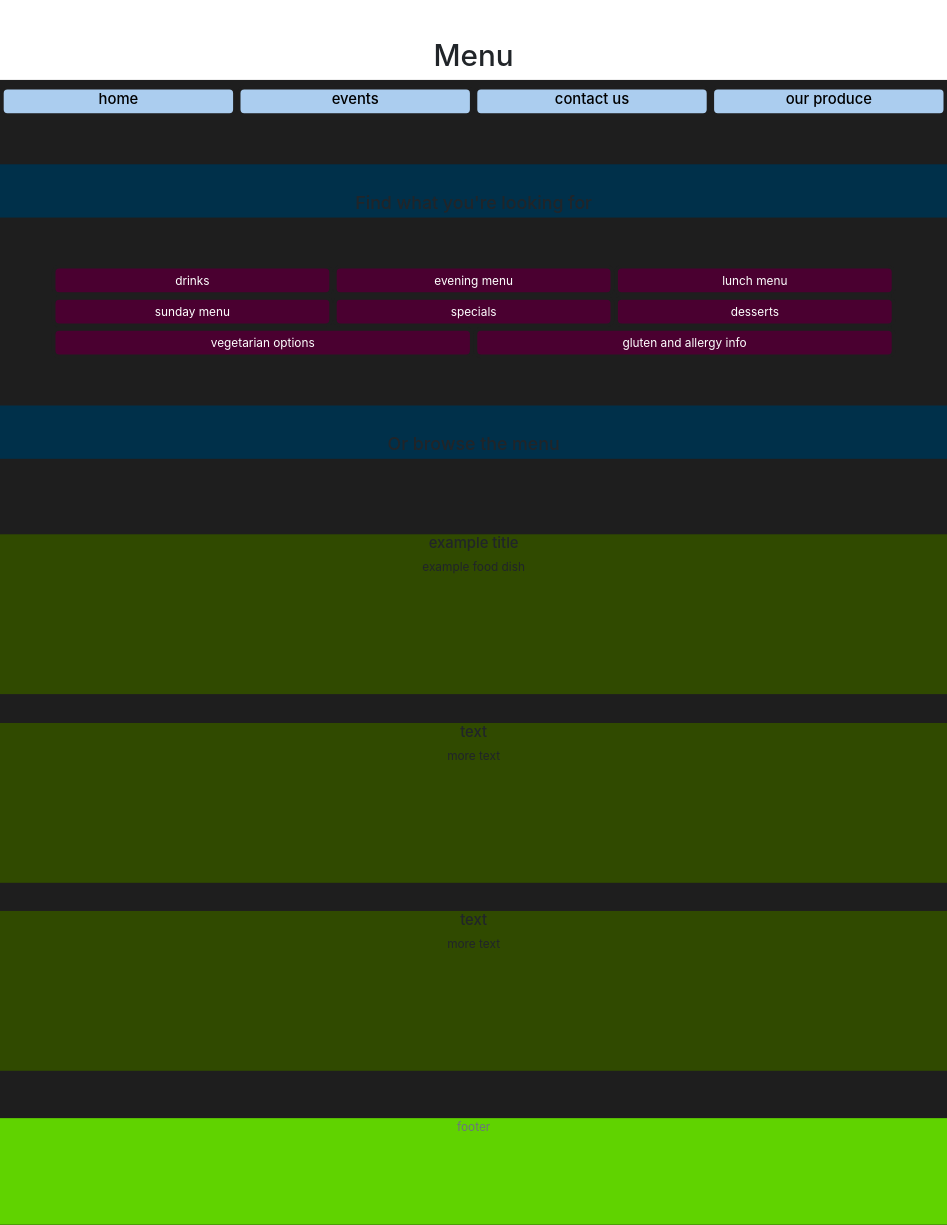
Repository: Code-Institute-Submissions/JamesLStudent-Milestone_One
Page: Assets/Menu.html
The author's editor kept a record of every edit. The page is drawn from the files as they stood at one moment, then again after the next edit.
The browser window is 1280 px wide. The pictures show the whole page, at 74% of full size.

Above is the page before.
Console error: TypeError: Cannot read properties of undefined (reading 'fn')

### Assets/Menu.html
<!DOCTYPE html>
<html lang="en">

<head>
    <meta charset="UTF-8">
    <meta name="viewport" content="width=device-width, initial-scale=1.0">
    <meta http-equiv="X-UA-Compatible" content="ie=edge">
    <title>Welcome to (whatever)</title>
    <link href="main.css" rel="stylesheet" type="text/css" />
    <link rel="stylesheet" href="https://stackpath.bootstrapcdn.com/bootstrap/4.3.1/css/bootstrap.min.css" integrity="sha384-ggOyR0iXCbMQv3Xipma34MD+dH/1fQ784/j6cY/iJTQUOhcWr7x9JvoRxT2MZw1T" crossorigin="anonymous">
    <script src="https://stackpath.bootstrapcdn.com/bootstrap/4.3.1/js/bootstrap.min.js" integrity="sha384-JjSmVgyd0p3pXB1rRibZUAYoIIy6OrQ6VrjIEaFf/nJGzIxFDsf4x0xIM+B07jRM" crossorigin="anonymous"></script>
</head>

<body class="bg">
    <h1>Menu</h1>
    <a href="Index.html">
        <div class="col-6 col-md-12 col-lg-3 a black-text"><h5>home</h5></div>
    </a>
    <a href="Events.html">
        <div class="col-6 col-md-12 col-lg-3 b black-text"><h5>events</h5></div>
    </a>
    <a href="Contacts.html">
        <div class="col-12 col-md-12 col-lg-3 c black-text"><h5>contact us</h5></div>
    </a>
    <a href="Produce.html">
        <div class="col-12 col-md-12 col-lg-3 d black-text"><h5>our produce</h5></div>
    </a>
    <div class="centerer">
        <div class="subtitle">
            <h4>Find what you're looking for</h4>
        </div>
        <div class="container">
            <div class="row">
                <div class="small-link col-4">
                    <p class="vert-align">drinks</p>
                </div>
                <div class="small-link col-4">
                    <p class="vert-align">evening menu</p>
                </div>
                <div class="small-link col-4">
                    <p class="vert-align">lunch menu</p>
                </div>
                <div class="small-link col-4">
                    <p class="vert-align">sunday menu</p>
                </div>
                <div class="small-link col-4">
                    <p class="vert-align">specials</p>
                </div>
                <div class="small-link col-4">
                    <p class="vert-align">desserts</p>
                </div>
                <div class="small-link col-6">
                    <p class="vert-align">vegetarian options</p>
                </div>
                <div class="small-link col-6">
                    <p class="vert-align">gluten and allergy info</p>
                </div>
            </div>
        </div>
        <div class="subtitle">
            <h4>Or browse the menu</h4>
        </div>
        <div class="col-12 menu-item">
            <h5>example title</h5>
            <p>example food dish</p>
        </div>
        <div class="col-12 menu-item">
            <h5>text</h5>
            <p>more text</p>
        </div>
        <div class="col-12 menu-item">
            <h5>text</h5>
            <p>more text</p>
        </div>
        <footer>
            <div class="footer">
                <p class="text-muted">footer</p>
            </div>
        </footer>
    </div>
</body>

</html>

### Assets/main.css
/*----------------- STYLES APPEARING ON EVERY PAGE -----------------*/

.bg {
    position: absolute;
    top: 0;
    left: 0;
    bottom: 0;
    right: 0;
    display: block;
    background-color: #1e1e1e;
}

h1 {
    background-color: #FFFFFF;
    text-align: center;
    height: 15%;
    padding-top: 4%;
}

.black-text {
    color: black;
}

footer {
    height: 20%;
    display: block;
    bottom: 0;
    position: relative;
}

.footer {
    display: inline-block;
    margin-top: 5%;
    width: 100%;
    height: 100%;
    background-color: #60D300;
}

.centerer {
    height: 100%;
    text-align: center;
}

/*----------------- MAIN NAV ITEMS -----------------*/

.a {
    background-color: #ABCDEF;
    float: left;
    text-align: center;
    border-radius: 10px;
    border: 5px solid #1e1e1e;
}

.b {
    background-color: #ABCDEF;
    float: left;
    text-align: center;
    border-radius: 10px;
    border: 5px solid #1e1e1e;
}

.c {
    background-color: #ABCDEF;
    float: left;
    text-align: center;
    border-radius: 10px;
    border: 5px solid #1e1e1e;
}

.d {
    background-color: #ABCDEF;
    float: left;
    text-align: center;
    border-radius: 10px;
    border: 5px solid #1e1e1e;
}

/*----------------- HOMEPAGE STYLE -----------------*/

.history {
    margin: 5% 2% 0 2%;
    display: inline-block;
    text-align: center;
    width: 96%;
    height: 50%;
    background-color: #FF7400;
}

.alt-link {
    margin: 5% 2% 0 2%;
    display: inline-block;
    text-align: center;
    width: 96%;
    height: 15%;
    background-color: #FF0000;
}

/*----------------- MENU STYLE -----------------*/

.menu-item {
    background-color: #304A00;
    height: 30%;
    margin-top: 3%;
}

.subtitle {
    padding-top: 3%;
    margin: 5% 0 5% 0;
    display: inline-block;
    width: 100%;
    height: 10%;
    background-color: #00304A
}

.small-link {
    line-height: 100%;
    display: inline-block;
    text-align: center;
    height: auto;
    background-color: #4A0030;
    border-radius: 10px;
    border: 5px solid #1e1e1e;
    color: #FFFFFF;
}

.small-link p {
    position: relative;
    top: 50%;
    transform: translateY(-50%);
}

After the next edit:
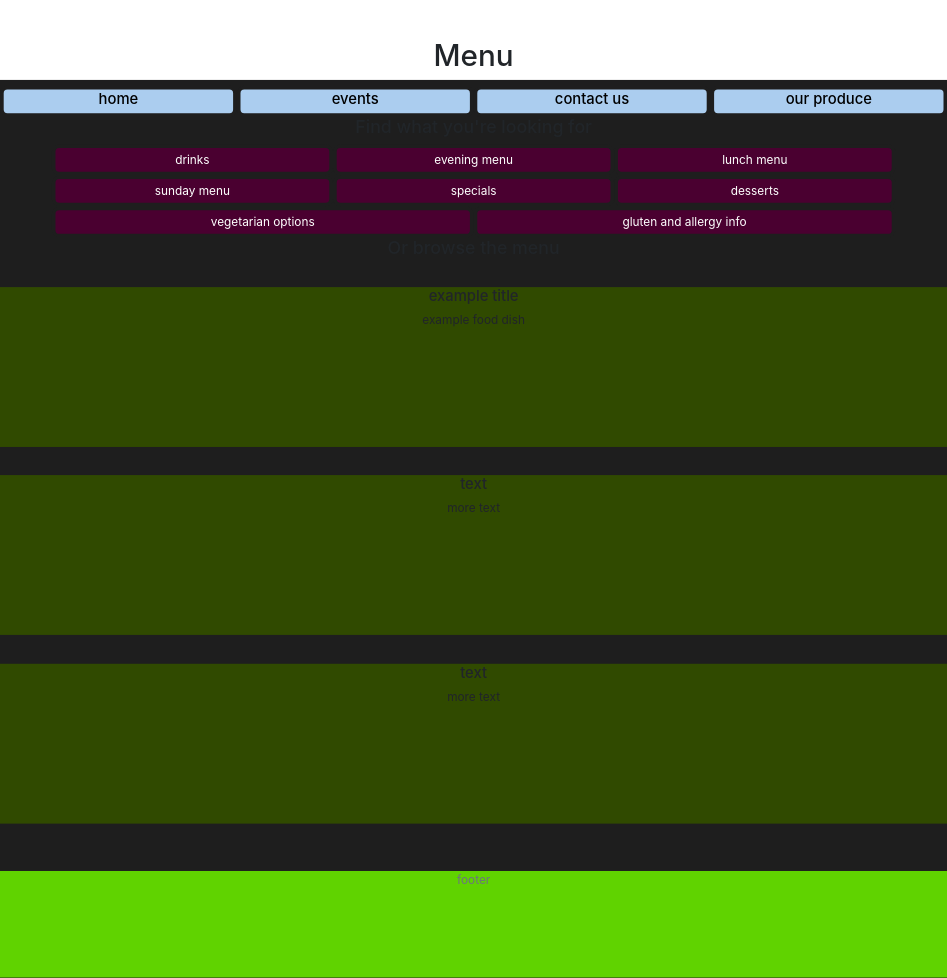
The edit:
--- a/Assets/main.css
+++ b/Assets/main.css
@@ -103,15 +103,6 @@
     margin-top: 3%;
 }
 
-.subtitle {
-    padding-top: 3%;
-    margin: 5% 0 5% 0;
-    display: inline-block;
-    width: 100%;
-    height: 10%;
-    background-color: #00304A
-}
-
 .small-link {
     line-height: 100%;
     display: inline-block;

After the edit that followed:
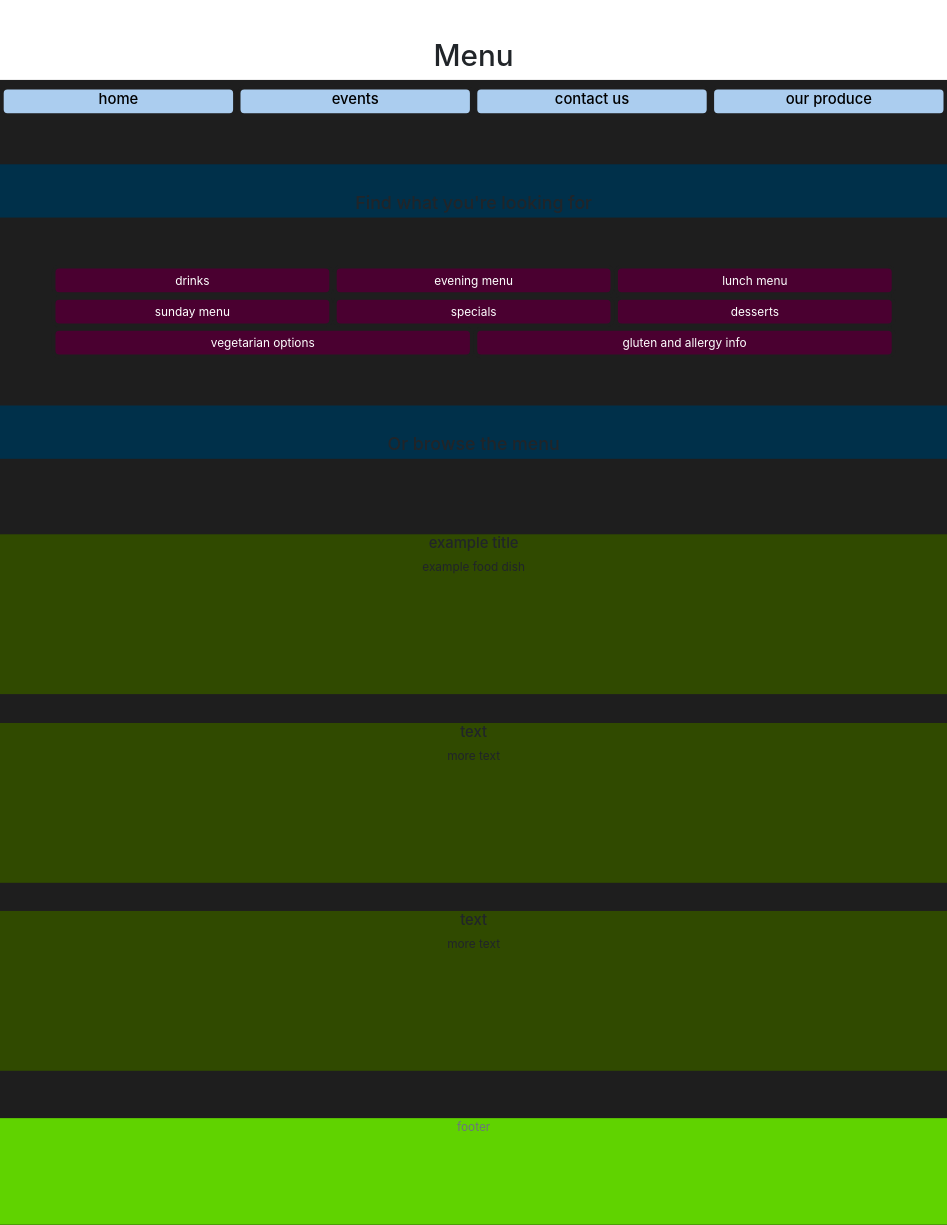
The edit:
--- a/Assets/main.css
+++ b/Assets/main.css
@@ -15,6 +15,15 @@
     text-align: center;
     height: 15%;
     padding-top: 4%;
+}
+
+.subtitle {
+    padding-top: 3%;
+    margin: 5% 0 5% 0;
+    display: inline-block;
+    width: 100%;
+    height: 10%;
+    background-color: #00304A
 }
 
 .black-text {
